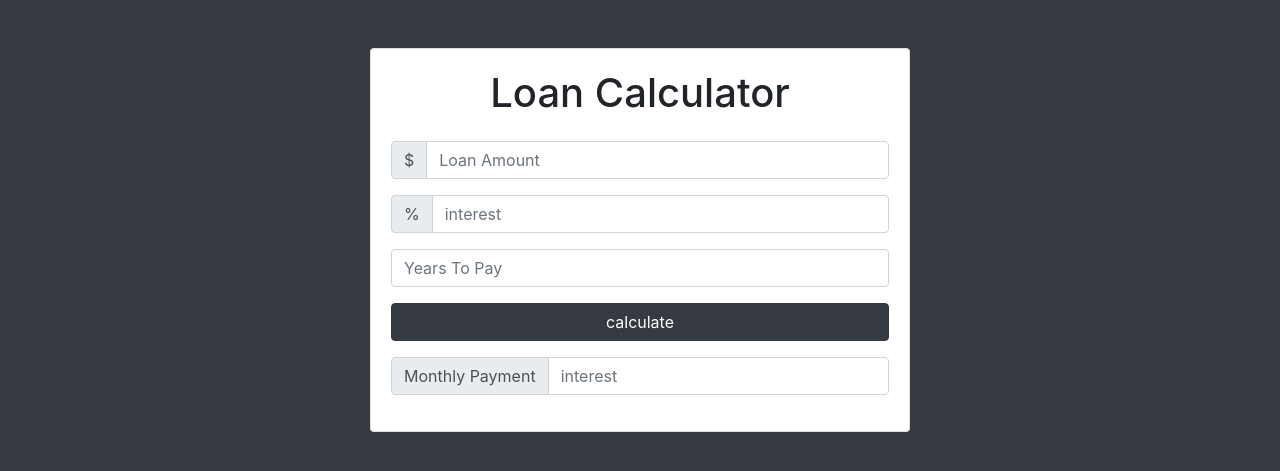
Repository: varun-project/LearningJs
Page: index.html
An editor plug-in stored every save of this project. The page is shown before and after the next save, followed by the edit.
The browser window is 1280 px wide. The pictures show the whole page.

Above is the page before, as saved 2019-07-28 17:20:50.

After the next save:
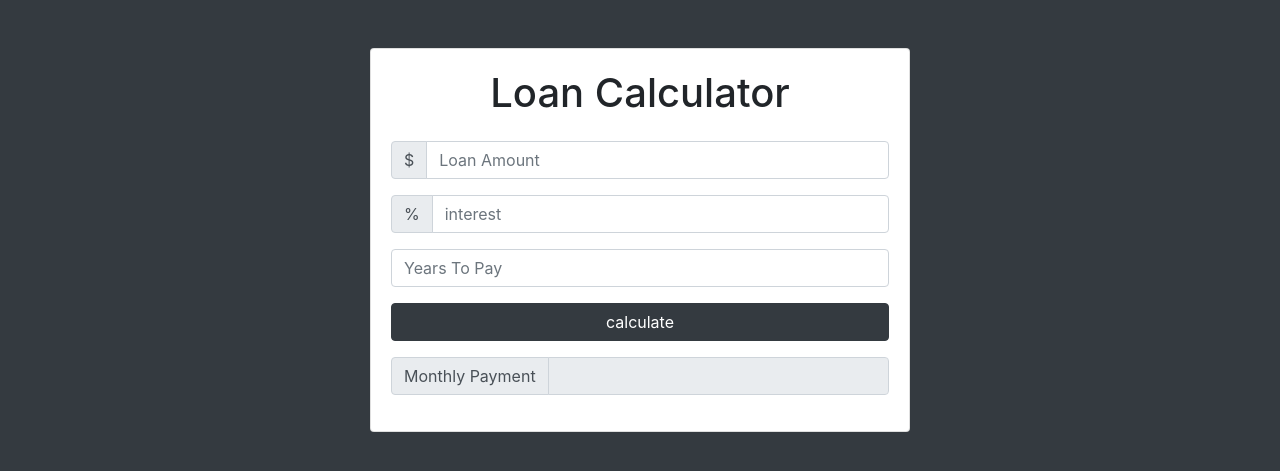
Saved 8 s later.
--- a/index.html
+++ b/index.html
@@ -78,7 +78,7 @@
                     type="number"
                     class="form-control"
                     id=""
-                    placeholder="interest"
+                    disabled
                   />
                 </div>
               </div>
